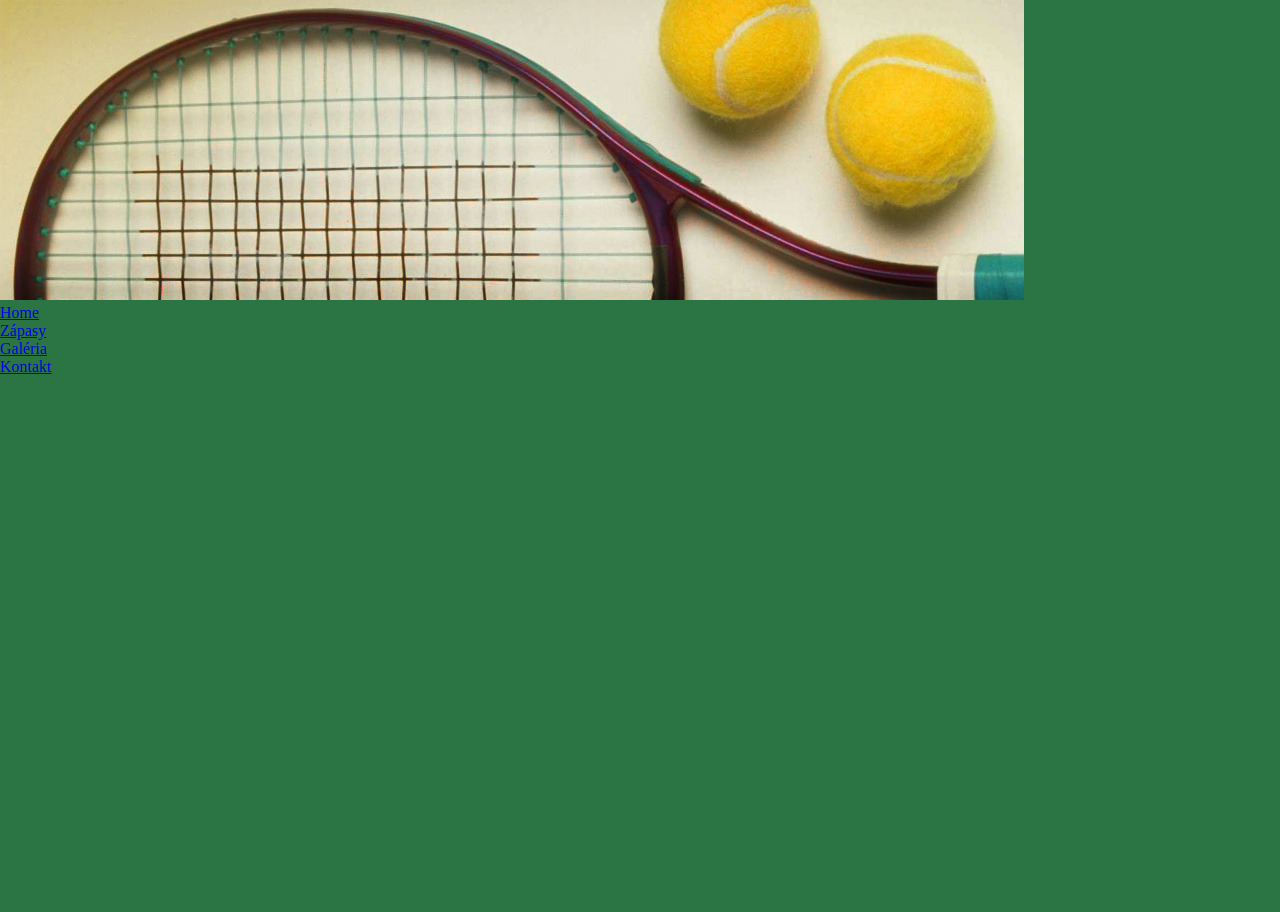
Repository: Badynko/tennis-website
Page: index.html
An editor plug-in stored every save of this project. The page is shown before and after the next save, followed by the edit.
The browser window is 1280 px wide. The pictures show the whole page.

Above is the page before, as saved 2024-07-31 19:11:47.

### index.html
<!DOCTYPE html>
<html lang="en">
  <head>
    <meta charset="UTF-8" />
    <meta name="viewport" content="width=device-width, initial-scale=1.0" />
    <title>Výsledky zápasov 2024</title>
    <link rel="stylesheet" href="css/style.css">
    <body>
      <header class="main-header">
        <div class="logo"><img src="img/header.jpg" alt="header"></div>
          <nav>
            <ul>
              <li><a href="#">Home</a></li>
              <li><a href="#">Zápasy</a></li>
              <li><a href="#">Galéria</a></li>
              <li><a href="#">Kontakt</a></li>
            </ul>
          </nav>
        </div>
      </header>
      <main></main>
      <footer></footer>
    </body>
  </head>
  <body></body>
</html>

### css/style.css
* {
  margin: 0;
  padding: 0;
  box-sizing: border-box;
}

.main-header {
  display: grid;
  grid-template-columns: 1fr;
  grid-template-rows: repeat(3, 1fr);
  background-color: #2b7443;
}

.logo {
  width: 100%;
  grid-column: 1 / -1;
}

ul {
  display: inline-block;
}

After the next save:
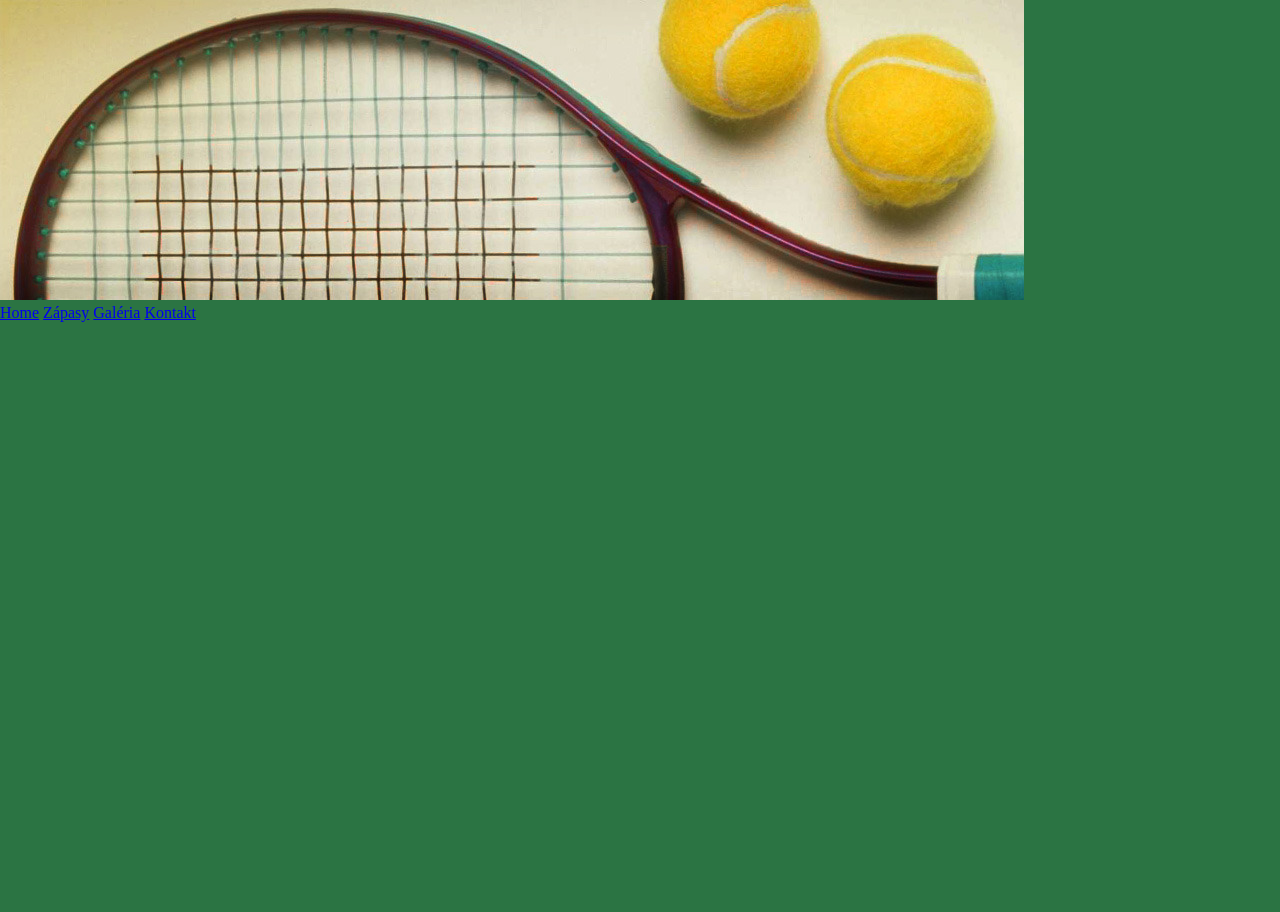
Saved 7 s later.
--- a/css/style.css
+++ b/css/style.css
@@ -16,6 +16,6 @@
   grid-column: 1 / -1;
 }
 
-ul {
+li {
   display: inline-block;
 }
